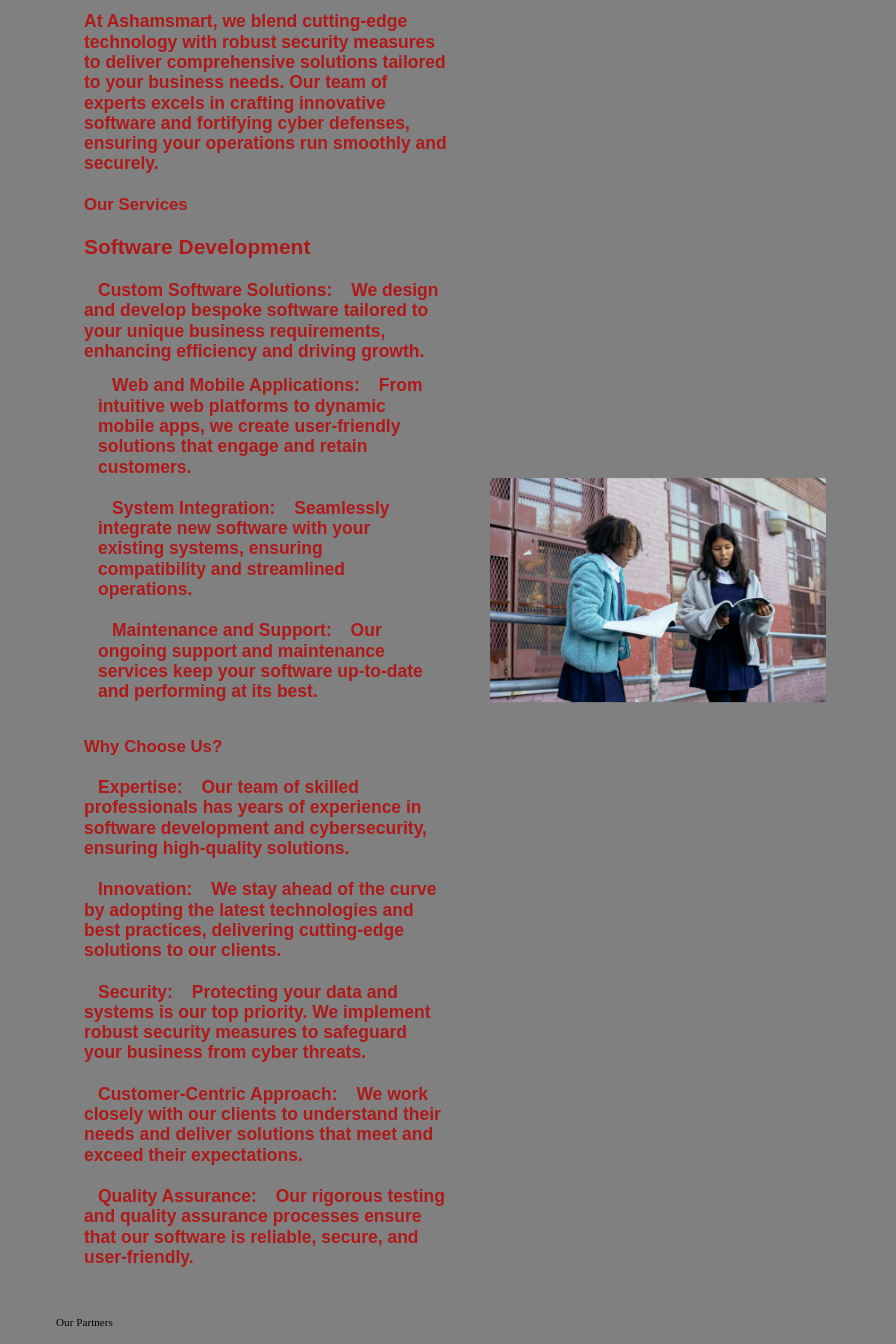
Repository: Alphosmart/firstassignment
Page: /
These files come from the project's save history. The page is drawn as it stood at one moment and after the next save; the edit follows.
The browser window is 1280 px wide. The pictures show the part of the page from y = 4580 to 6500 px (the page is 6838 px tall before and 6897 px after), at 70% of full size.
The project was rebuilt for these pictures with package versions that can differ from the ones it lists, and the page was loaded fresh each time. Also part of the build but not shown: vite.config.js.

Above is the page before, as saved 2024-08-13 16:29:11.

After the next save:
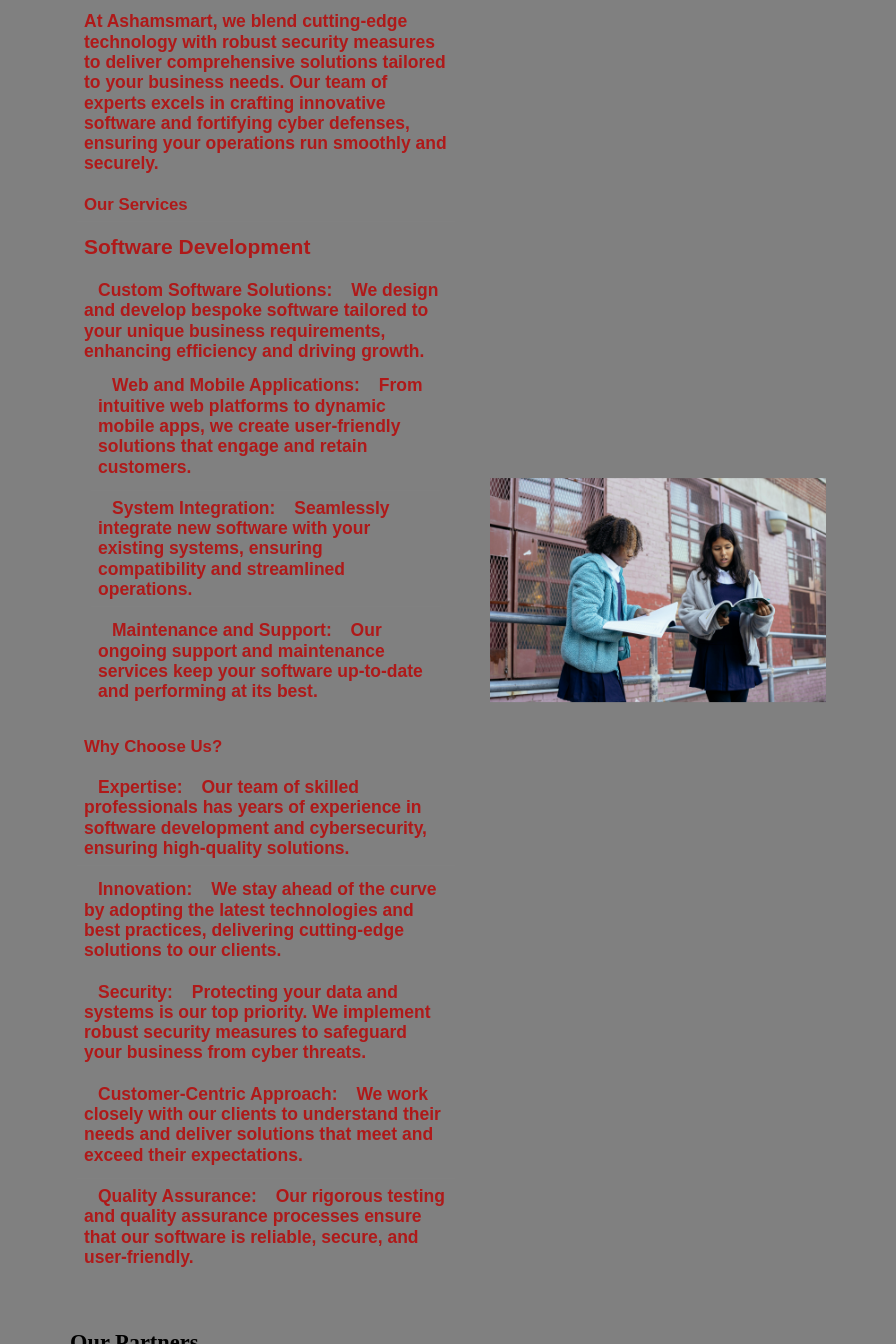
Saved 2 min 59 s later.
--- a/src/components/Partners/Partners.jsx
+++ b/src/components/Partners/Partners.jsx
@@ -3,7 +3,9 @@
 const Partners = () => {
   return (
     <>
-      <div>Our Partners</div>
+      <div>
+        <h1>Our Partners</h1>
+      </div>
     </>
   );
 };
